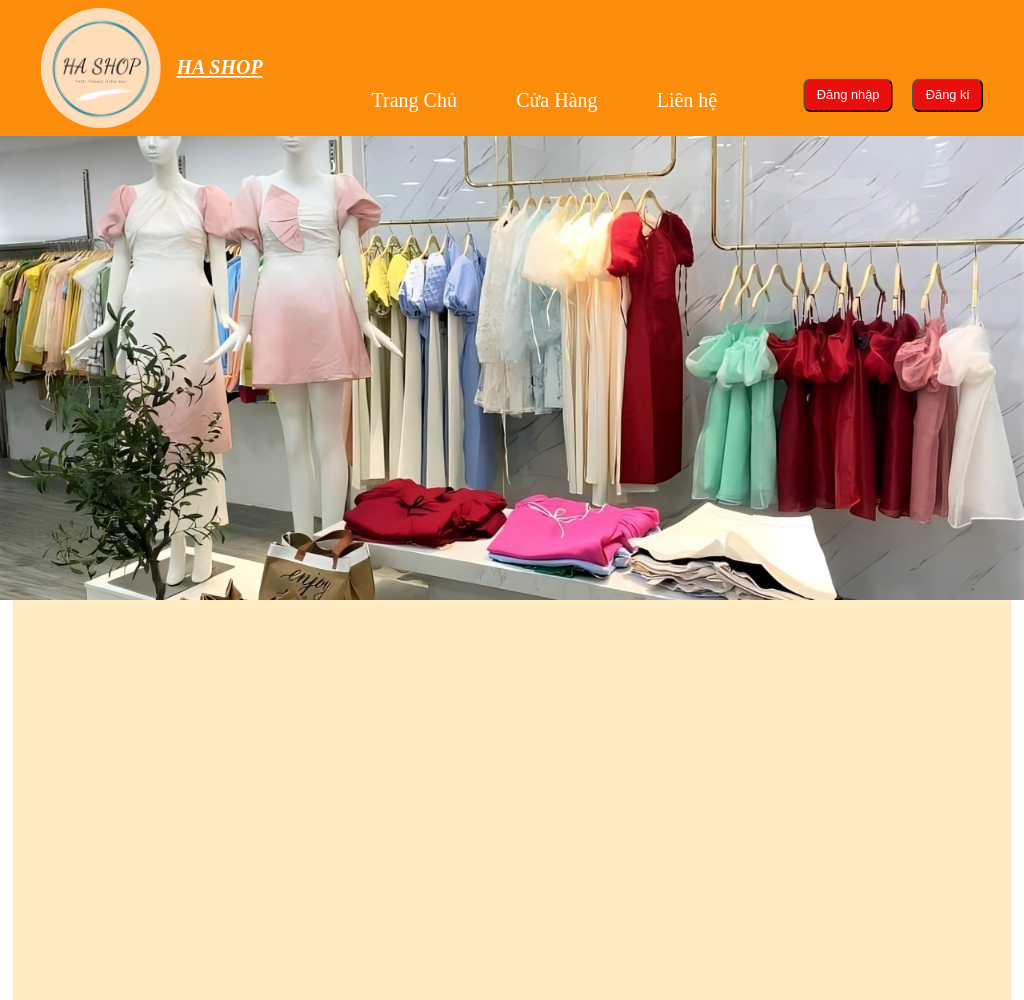
Repository: manhhieu120499/demo_page
Page: trangchu.html
The author's editor kept a copy of each file at every save. The page is drawn from the files as they stood at one save, then again after the next save.
The browser window is 1280 px wide. The pictures show the whole page, at 80% of full size.

Above is the page before, as saved 2023-03-04 10:36:07.

After the next save:
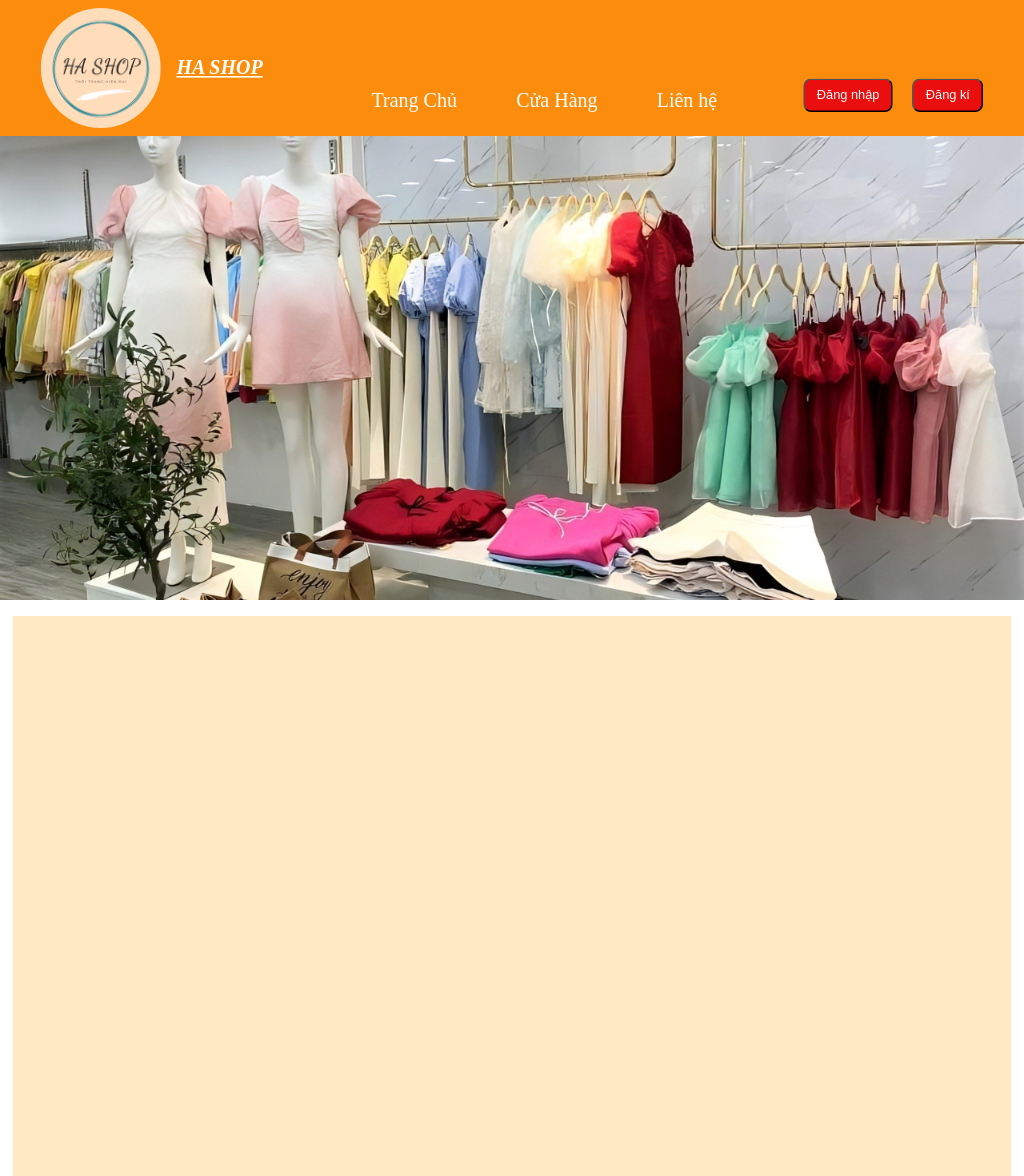
Saved 16 s later.
--- a/style_trangchu.css
+++ b/style_trangchu.css
@@ -75,7 +75,7 @@
 
 /*album bo suu tap*/
 .album_one {
-    margin-top: px;
+    margin-top: 220px;
     width: calc(100% - 32px);
     margin-left: 16px;
     height: 700px;
